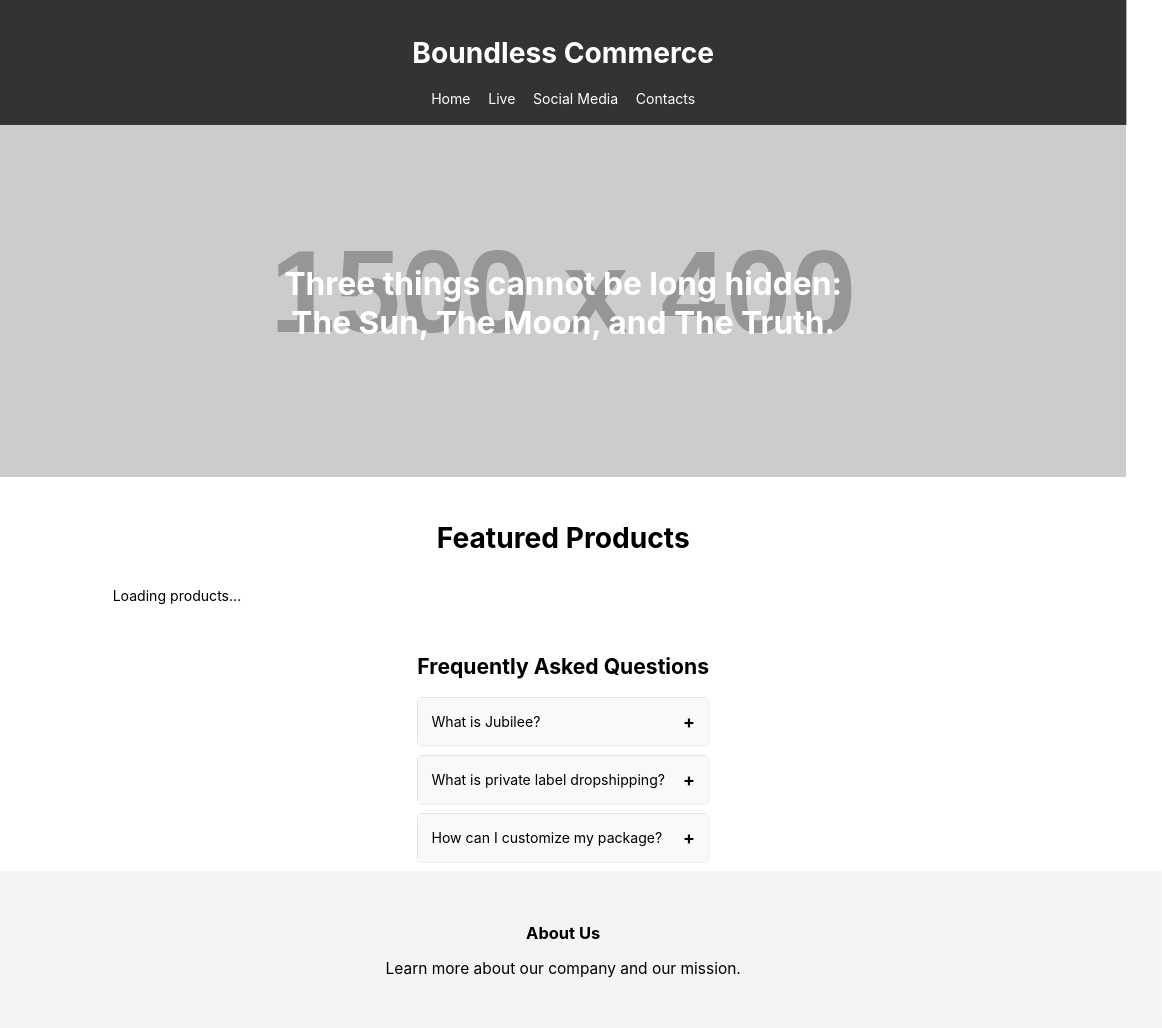
Repository: Nn-Exe/chunar-ecommerce
Page: / (app in ecommerce-frontend/)
The author's editor kept a copy of each file at every save. The page is drawn from the files as they stood at one save, then again after the next save.
The browser window is 1280 px wide. The page is 1320 px wide, so the pictures cover 1320 px, including what lies to the right of the window. The pictures show the whole page, at 88% of full size.
The page's requests for data from a server got no answer. The project was rebuilt for these pictures with package versions that can differ from the ones it lists, and the page was loaded fresh each time. No one was signed in, and anything a server would have sent is missing.

Above is the page before, as saved 2024-09-11 13:38:00.

After the next save:
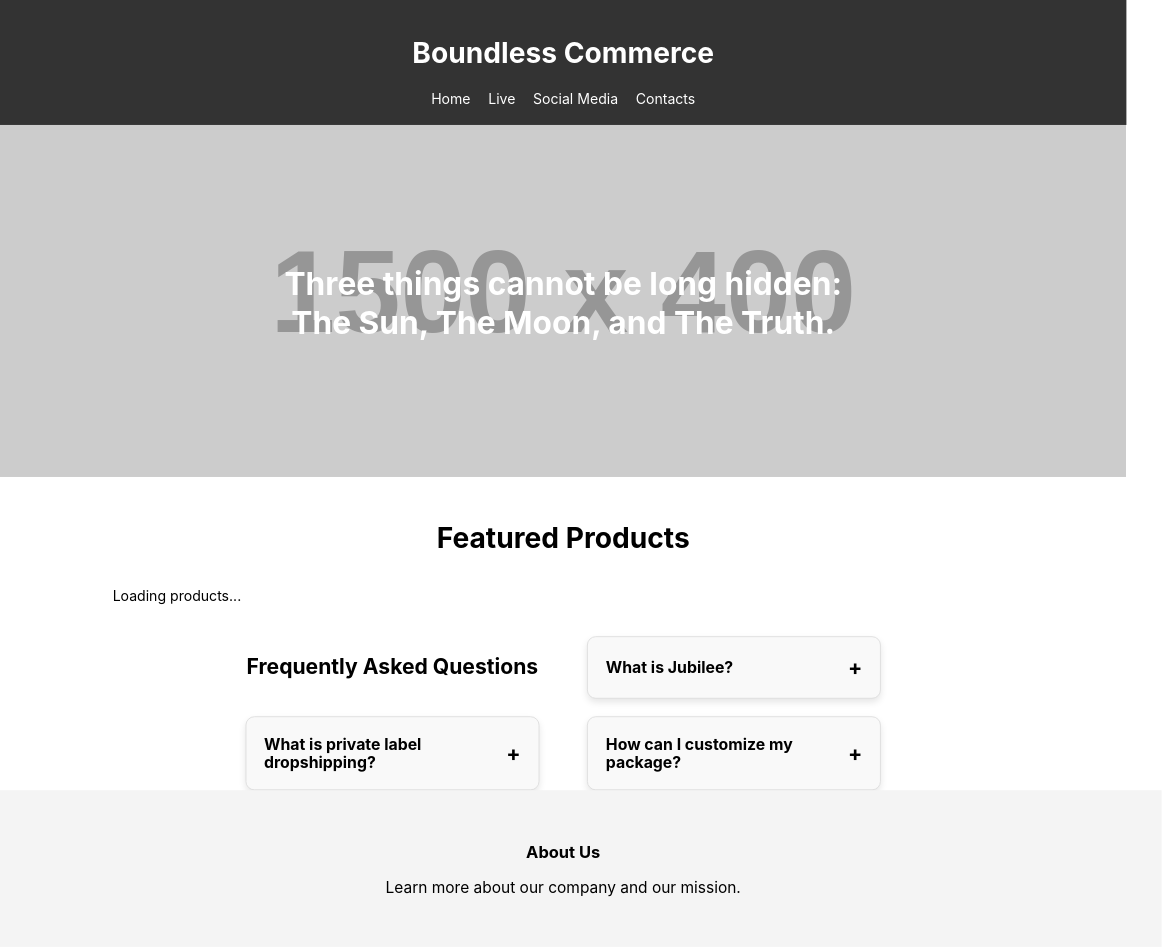
Saved 3 min 15 s later.
--- a/ecommerce-frontend/src/App.css
+++ b/ecommerce-frontend/src/App.css
@@ -141,42 +141,64 @@ nav ul li a {
 
 /* ----------- FAQ Section ---------------- */
 
+/* Center the FAQ section */
 .faq-section {
-  max-width: 600px;
+  max-width: 1200px;
   margin: 0 auto;
-}
-
+  display: grid;
+  grid-template-columns: repeat(2, 1fr); /* Two columns per row */
+  gap: 20px; /* Space between the FAQ items */
+  justify-items: center; /* Center the items */
+}
+
+/* Style each FAQ item */
 .faq-item {
   border: 1px solid #ddd;
-  margin-bottom: 10px;
-  border-radius: 5px;
-}
-
+  border-radius: 10px;
+  width: 90%; /* Adjust the width of each bubble */
+  background-color: #f9f9f9;
+  box-shadow: 0 4px 8px rgba(0, 0, 0, 0.1);
+  transition: all 0.3s ease; /* Smooth transition for hover and click */
+}
+
+.faq-item:hover {
+  transform: scale(1.02); /* Slightly enlarge on hover */
+}
+
+/* Style the FAQ question (clickable area) */
 .faq-question {
-  padding: 15px;
-  background-color: #f9f9f9;
+  padding: 20px;
   cursor: pointer;
   display: flex;
   justify-content: space-between;
   align-items: center;
-}
-
+  font-weight: bold;
+  font-size: 18px;
+}
+
+/* Style the FAQ answer */
 .faq-answer {
-  padding: 15px;
-  display: none;
-  border-top: 1px solid #ddd;
-  background-color: #fff;
-}
-
+  padding: 0 20px;
+  overflow: hidden;
+  max-height: 0; /* Initially hidden */
+  opacity: 0;
+  transition: max-height 0.5s ease, opacity 0.5s ease; /* Smooth animation */
+}
+
+/* When the FAQ item is active, show the answer with a smooth transition */
 .faq-item.active .faq-answer {
-  display: block;
+  max-height: 500px; /* Adjust based on expected content height */
+  opacity: 1;
+  padding-bottom: 20px; /* Add padding for better spacing when expanded */
+}
+
+/* Style the icon for toggling */
+.icon {
+  font-size: 24px;
+  font-weight: bold;
+  transition: transform 0.3s ease; /* Smoothly rotate the icon */
 }
 
 .faq-item.active .icon {
-  content: "-";
-}
-
-.icon {
-  font-size: 20px;
-  font-weight: bold;
-}
+  transform: rotate(45deg); /* Rotate icon when active */
+}
